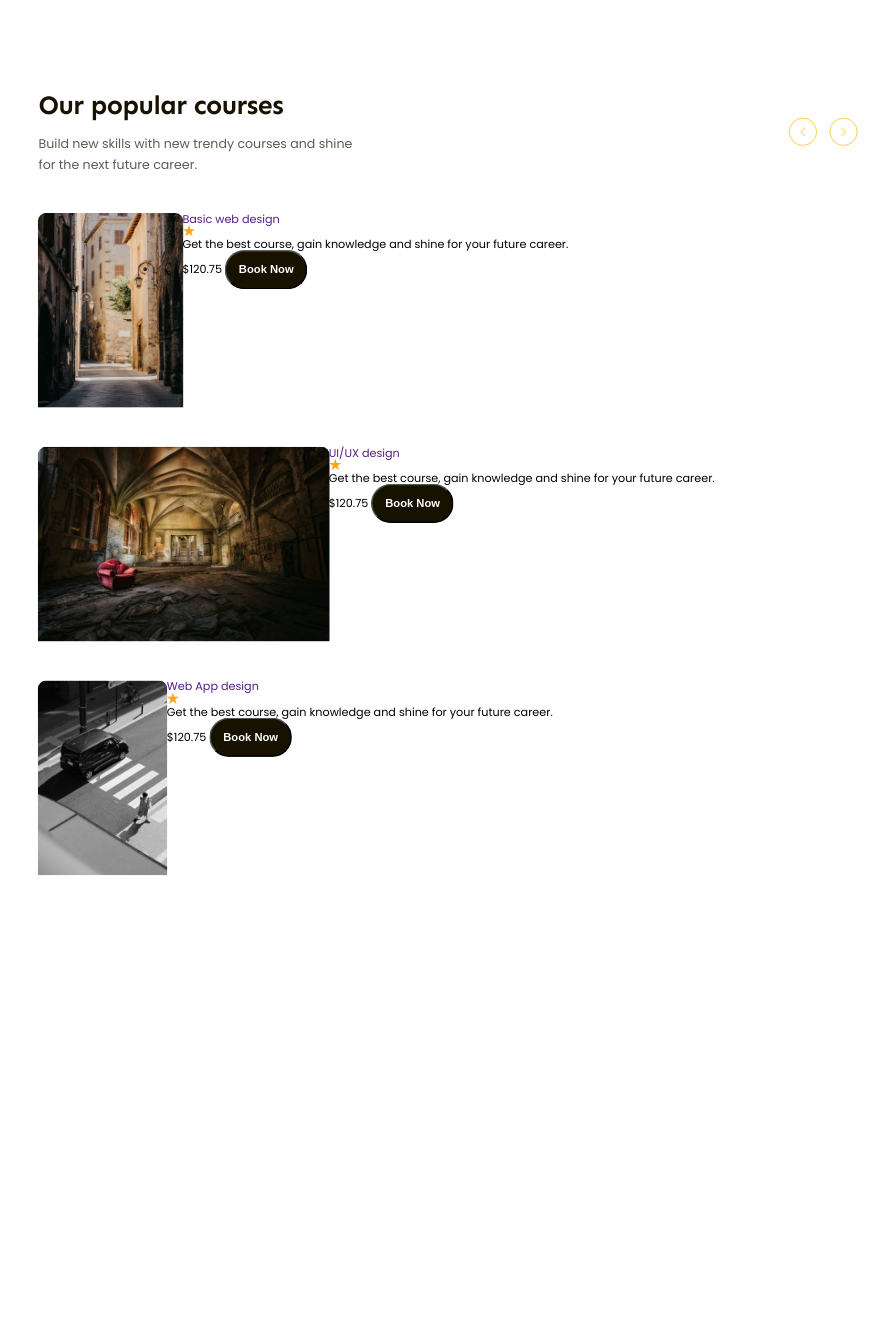
Repository: empty24062002/f8-htmlcss-02-pratice
Page: index.html
The author's editor kept a copy of each file at every save. The page is drawn from the files as they stood at one save, then again after the next save.
The browser window is 1280 px wide. The pictures show the part of the page from y = 946 to 2866 px (the page is 5187 px tall), at 70% of full size.
A picture or video elsewhere on the page could not be fetched, so the positions and the page height are approximate.

Above is the page before, as saved 2023-07-19 07:41:42.

### index.html
<!DOCTYPE html>
<html lang="en">
    <head>
        <meta charset="UTF-8" />
        <meta name="viewport" content="width=device-width, initial-scale=1.0" />
        <title>F8 Project 02 Practice</title>
        <!-- Reset CSS -->
        <link rel="stylesheet" href="./assets/css/reset.css" />
        <!-- Embed font -->
        <link rel="preconnect" href="https://fonts.googleapis.com" />
        <link rel="preconnect" href="https://fonts.gstatic.com" crossorigin />
        <link
            href="https://fonts.googleapis.com/css2?family=Poppins:wght@400;500;600;700&family=Sen:wght@700&display=swap"
            rel="stylesheet"
        />
        <link rel="stylesheet" href="./assets/css/styles.css" />
    </head>
    <body>
        <!-- Header -->
        <header class="header fixed">
            <div class="main-content">
                <div class="body">
                    <img
                        src="./assets/img/logo.svg"
                        alt="lesson."
                        class="logo"
                    />
                    <!-- nav -->
                    <nav class="nav">
                        <ul>
                            <li class="active">
                                <a href="#!">Home</a>
                            </li>
                            <li>
                                <a href="#!">Courses</a>
                            </li>
                            <li>
                                <a href="#!">Pricing</a>
                            </li>
                            <li>
                                <a href="#!">Reviews</a>
                            </li>
                        </ul>
                    </nav>
                    <!-- Action -->
                    <div class="action">
                        <a href="#!" class="btn sign-up-btn">Sign Up</a>
                    </div>
                </div>
            </div>
        </header>
        <main style="height: 5000px">
            <!-- hero -->
            <div class="hero">
                <div class="main-content">
                    <div class="hero-body">
                        <!-- Hero left -->
                        <div class="media-block">
                            <img
                                src="./assets/img/hero-media.jpg"
                                alt="Learn without limits and spread knowledge."
                                class="img"
                            />
                            <div class="hero-summary">
                                <!-- Item 1 -->
                                <div class="item">
                                    <div class="icon">
                                        <img
                                            src="./assets/icons/icon1.svg"
                                            alt=""
                                        />
                                    </div>
                                    <div class="info">
                                        <p class="lable">20 Courses</p>
                                        <p class="title">UI/UX Design</p>
                                    </div>
                                </div>
                                <!-- Item 2 -->
                                <div class="item">
                                    <div class="icon">
                                        <img
                                            src="./assets/icons/icon2.svg"
                                            alt=""
                                        />
                                    </div>
                                    <div class="info">
                                        <p class="lable">20 Courses</p>
                                        <p class="title">Development</p>
                                    </div>
                                </div>
                                <!-- Item 3 -->
                                <div class="item">
                                    <div class="icon">
                                        <img
                                            src="./assets/icons/icon 3.svg"
                                            alt=""
                                        />
                                    </div>
                                    <div class="info">
                                        <p class="lable">30 Courses</p>
                                        <p class="title">Marketing</p>
                                    </div>
                                </div>
                            </div>
                        </div>
                        <!-- Hero right -->
                        <div class="content-block">
                            <h1 class="heading lv1">
                                Learn without limits and spread knowledge.
                            </h1>
                            <p class="desc">
                                Build new skills for that “this is my year”
                                feeling with courses, certificates, and degrees
                                from world-class universities and companies.
                            </p>
                            <div class="cta-group">
                                <a href="" class="btn cta-btn">See Courses</a>
                                <button class="watch-video">
                                    <div class="icon">
                                        <img
                                            src="./assets/icons/watch-video.svg"
                                            alt=""
                                        />
                                    </div>
                                    <span>Watch video</span>
                                </button>
                            </div>
                            <p class="desc">Recent engagement</p>
                            <p class="desc stats">
                                <strong>50K</strong> Students
                                <strong>70+</strong> Courses
                            </p>
                        </div>
                    </div>
                </div>
            </div>
            <!-- Popular -->
            <div class="popular">
                <div class="main-content">
                    <div class="popular-top">
                        <div class="info">
                            <h2 class="heading lv2">Our popular courses</h2>
                            <p class="desc">
                                Build new skills with new trendy courses and
                                shine for the next future career.
                            </p>
                        </div>
                        <div class="controls">
                            <button class="control-btn">
                                <svg
                                    width="8"
                                    height="14"
                                    viewBox="0 0 8 14"
                                    fill="none"
                                    xmlns="http://www.w3.org/2000/svg"
                                >
                                    <path
                                        d="M7 1L1 7L7 13"
                                        stroke="currentColor"
                                        stroke-linecap="round"
                                        stroke-linejoin="round"
                                    />
                                </svg>
                            </button>
                            <button class="control-btn">
                                <svg
                                    width="8"
                                    height="14"
                                    viewBox="0 0 8 14"
                                    fill="none"
                                    xmlns="http://www.w3.org/2000/svg"
                                >
                                    <path
                                        d="M1 1L7 7L1 13"
                                        stroke="currentColor"
                                        stroke-linecap="round"
                                        stroke-linejoin="round"
                                    />
                                </svg>
                            </button>
                        </div>
                    </div>
                    <div class="popular-course-list">
                        <!-- Item 1 -->
                        <div class="course-item">
                            <a href="">
                                <img
                                    src="./assets/img/popular-1.jpg"
                                    alt=""
                                    class="thumb"
                                />
                            </a>
                            <div class="info">
                                <div class="head">
                                    <h3 class="title">
                                        <a href="">Basic web design</a>
                                    </h3>
                                    <div class="rating">
                                        <img
                                            src="./assets/icons/star.svg"
                                            alt=""
                                            class="star"
                                        />
                                    </div>
                                    <p class="desc">
                                        Get the best course, gain knowledge and
                                        shine for your future career.
                                    </p>
                                    <span class="price">$120.75</span>
                                    <button class="btn">Book Now</button>
                                </div>
                            </div>
                        </div>
                        <!-- Item 2 -->
                        <div class="course-item">
                            <a href="">
                                <img
                                    src="./assets/img/popular-2.jpg"
                                    alt=""
                                    class="thumb"
                                />
                            </a>
                            <div class="info">
                                <div class="head">
                                    <h3 class="title">
                                        <a href="">UI/UX design</a>
                                    </h3>
                                    <div class="rating">
                                        <img
                                            src="./assets/icons/star.svg"
                                            alt=""
                                            class="star"
                                        />
                                    </div>
                                    <p class="desc">
                                        Get the best course, gain knowledge and
                                        shine for your future career.
                                    </p>
                                    <span class="price">$120.75</span>
                                    <button class="btn">Book Now</button>
                                </div>
                            </div>
                        </div>
                        <!-- Item 3 -->
                        <div class="course-item">
                            <a href="">
                                <img
                                    src="./assets/img/popular-3.jpg"
                                    alt=""
                                    class="thumb"
                                />
                            </a>
                            <div class="info">
                                <div class="head">
                                    <h3 class="title">
                                        <a href="">Web App design</a>
                                    </h3>
                                    <div class="rating">
                                        <img
                                            src="./assets/icons/star.svg"
                                            alt=""
                                            class="star"
                                        />
                                    </div>
                                    <p class="desc">
                                        Get the best course, gain knowledge and
                                        shine for your future career.
                                    </p>
                                    <span class="price">$120.75</span>
                                    <button class="btn">Book Now</button>
                                </div>
                            </div>
                        </div>
                    </div>
                </div>
            </div>
        </main>
    </body>
</html>

### assets/css/styles.css
* {
    box-sizing: border-box;
}

:root {
    --font-heading: Sen, sans-serif;
    --primary-color: #ffb900;
    --secondary-color: #171100;
}

html {
    font-size: 62.5%;
}

body {
    font-size: 1.6rem;
    font-family: "Poppins", sans-serif;
}

/* Common */
a {
    text-decoration: none;
}

.main-content {
    width: 1170px;
    max-width: calc(100% - 48px);
    margin-left: auto;
    margin-right: auto;
}

.btn {
    display: inline-block;
    width: 118px;
    line-height: 50px;
    font-size: 1.6rem;
    font-weight: 600;
    text-align: center;
    color: #ffffff;
    background: var(--secondary-color);
    border-radius: 999px;
}

.btn:hover {
    opacity: 0.9;
    cursor: pointer;
}

.heading {
    color: var(--secondary-color);
    font-family: var(--font-heading);
    font-size: 5.8rem;
    letter-spacing: -0.02em;
}

.heading.lv1 {
    font-weight: 700;
    line-height: 1.17;
}
.heading.lv2 {
    font-size: 3.8rem;
    line-height: 1.26;
}

/* Header */
.header {
    padding: 56px 0 65px;
    background: #fffcf4;
}

.header.fixed {
    position: sticky;
    margin-top: -28px;
}

.header .body {
    display: flex;
    align-items: center;
    padding: 36px 0 8px;
}

.nav {
    margin-left: auto;
}

.nav ul {
    display: flex;
}

.nav a {
    position: relative;
    padding: 8px 21px;
    font-size: 1.6rem;
    font-weight: 400;
    color: var(--secondary-color);
}

.nav a:hover,
.nav li.active a {
    text-shadow: 1px 0 0 currentColor;
    color: var(--secondary-color);
}

.nav li.active a::after {
    position: absolute;
    left: 21px;
    bottom: 6px;
    content: "";
    display: block;
    width: 12px;
    height: 2px;
    border-radius: 1px;
    background-color: var(--secondary-color);
}

.header .sign-up-btn {
    min-width: 144px;
    border-radius: 25px;
}

.header .action {
    margin-left: 49px;
}

/* Hero */
.hero {
    background: #fffcf4;
    padding-top: 64px 0 65px;
}

.hero .hero-body {
    display: flex;
}

/* hero left */
.hero .media-block {
    width: 48%;
    position: relative;
}

.hero .media-block .img {
    width: 470px;
    height: 685px;
    object-fit: cover;
    border-radius: 20px;
    vertical-align: bottom;
}

.hero-summary {
    position: absolute;
    padding: 24px 28px;
    bottom: 48px;
    right: 0;
    width: 270px;
    border-radius: 12px;
    background-color: #ffffff;
    box-shadow: 0px 16px 32px 0px #0000000d;
}

.hero-summary .item {
    display: flex;
    align-items: center;
}

.hero-summary .item + .item {
    margin-top: 22px;
}

.hero-summary .icon {
    display: flex;
    align-items: center;
    justify-content: center;
    width: 48px;
    height: 48px;
    background-color: #fff9e8;
    border-radius: 50%;
}

.hero-summary .item:nth-of-type(2) .icon {
    background: #fcefff;
}
.hero-summary .item:nth-of-type(3) .icon {
    background: #ebeaff;
}

.hero-summary .info {
    margin-left: 16px;
}

.hero-summary .lable {
    color: #5f5b53;
    font-size: 1.4rem;
    font-weight: 400;
    line-height: 1.85;
}

.hero-summary .title {
    color: var(--secondary-color);
    font-size: 1.8rem;
    font-weight: 600;
    line-height: 1.66;
}
/* Hero right */
.hero .content-block {
    width: 52%;
    padding: 64px 0 0 130px;
}

.hero .desc {
    margin-top: 22px;
    color: #5f5b53;
    font-size: 1.8rem;
    font-weight: 400;
    line-height: 1.66;
}

.hero .cta-group {
    display: flex;
    align-items: center;
    margin: 38px 0 48px;
}

.hero .cta-btn {
    min-width: 180px;
    line-height: 64px;
    background-color: var(--primary-color);
}

.hero .watch-video {
    display: flex;
    justify-content: center;
    align-items: center;
    margin-left: 28px;
    border: none;
    background-color: transparent;
}

.hero .watch-video .icon {
    display: flex;
    align-items: center;
    justify-content: center;
    width: 40px;
    height: 40px;
    border-radius: 50%;
    background-color: #ffffff;
    box-shadow: 0px 8px 16px 0px #00000012;
}

.hero .watch-video span {
    margin-left: 14px;
    color: var(--secondary-color);
    font-size: 1.8rem;
    font-weight: 600;
    line-height: 1.66;
}

.hero .stats {
    margin: 8px 0 0 -28px;
}

.hero .stats strong {
    padding: 0 8px 0 28px;
    color: var(--secondary-color);
    font-family: var(--font-heading);
    font-size: 4.4rem;
    font-weight: 700;
    line-height: 1.22;
}
/* Popular */
.popular {
    padding: 65px 0;
    margin-top: 135px;
}

.popular-top {
    display: flex;
    justify-content: space-between;
    align-items: center;
}

.popular-top .desc {
    width: 458px;
    margin-top: 16px;
    color: #5f5b53;
    font-size: 1.8rem;
    font-weight: 400;
    line-height: 1.66;
}

.popular-top .controls {
    display: flex;
    gap: 18px;
}

.popular-top .control-btn {
    display: flex;
    justify-content: center;
    align-items: center;
    width: 40px;
    height: 40px;
    color: var(--primary-color);
    border: 1px solid var(--primary-color);
    border-radius: 50%;
    background-color: transparent;
    cursor: pointer;
}

.popular-top .control-btn:hover {
    color: #fff9e8;
    background-color: var(--primary-color);
}

.popular .course-item {
    display: flex;
    flex: 1;
    margin-top: 55px;
}

.popular .course-item .thumb {
    width: calc(100% + 2px);
    height: 278px;
    margin: -1px;
    object-fit: cover;
    border-radius: 12px 12px 0px 0px;
}

Loaded but not shown: assets/css/reset.css (common file)

After the next save:
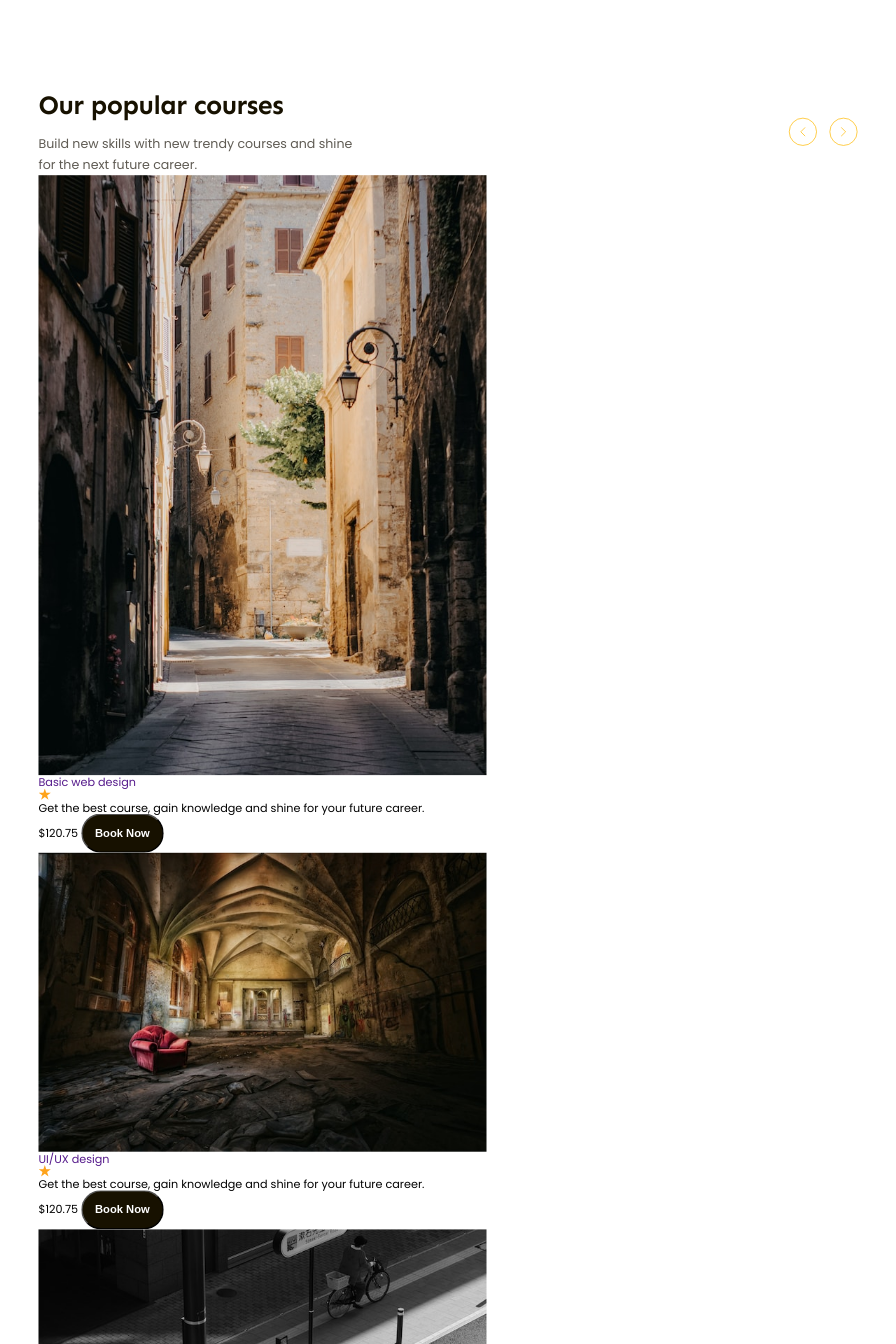
Saved 44 s later.
--- a/assets/css/styles.css
+++ b/assets/css/styles.css
@@ -309,17 +309,3 @@
     color: #fff9e8;
     background-color: var(--primary-color);
 }
-
-.popular .course-item {
-    display: flex;
-    flex: 1;
-    margin-top: 55px;
-}
-
-.popular .course-item .thumb {
-    width: calc(100% + 2px);
-    height: 278px;
-    margin: -1px;
-    object-fit: cover;
-    border-radius: 12px 12px 0px 0px;
-}
